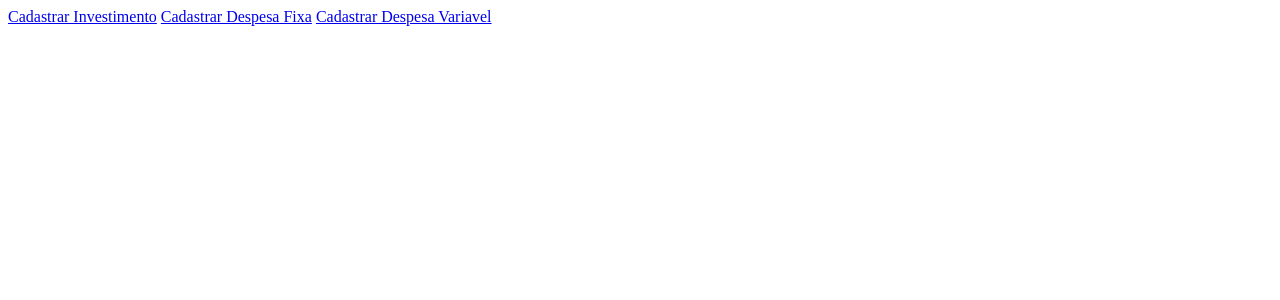
Repository: hiroshinuts/FH-BRQ-PROJETO
Page: http://localhost/FinancialHealth/indexlogado.jsp
These files come from the project's save history. The page is drawn as it stood at one moment and after the next save; the edit follows.
The browser window is 1280 px wide. The pictures show the whole page.
The page is served by Tomcat 9. Other server files are loaded and not shown.

Above is the page before, as saved 2016-06-04 21:52:12.

### FinancialHealth/WebContent/indexlogado.jsp
<%@ page language="java" contentType="text/html; charset=ISO-8859-1"
    pageEncoding="ISO-8859-1"%>
<!DOCTYPE html PUBLIC "-//W3C//DTD HTML 4.01 Transitional//EN" "http://www.w3.org/TR/html4/loose.dtd">
<html>
<head>
<meta http-equiv="Content-Type" content="text/html; charset=ISO-8859-1">
<title>Insert title here</title>
</head>
<body>

		<a href="#" data-target="#janelainvestimento" data=toggle="modal">Cadastrar Investimento</a>
		<a href="#" data-target="#janeladespesafixa" data=toggle="modal">Cadastrar Despesa Fixa</a>
		<a href="#" data-target="#janeladespesavariavel" data=toggle="modal">Cadastrar Despesa Variavel</a>

</body>
</html>

After the next save:
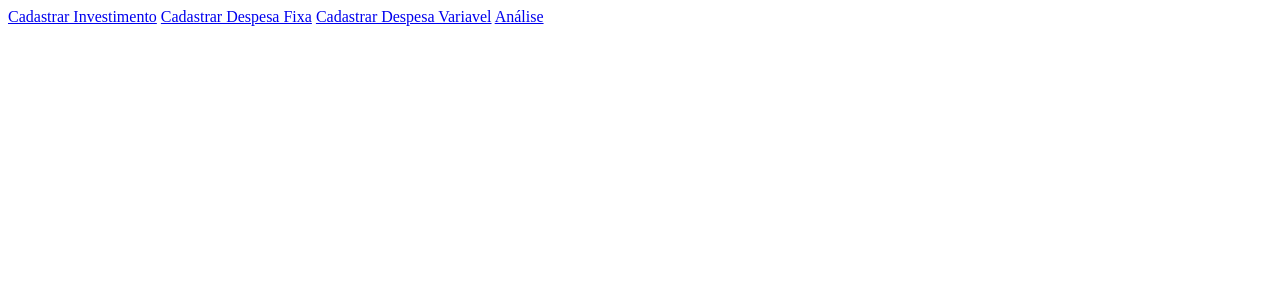
Saved 40 s later.
--- a/FinancialHealth/WebContent/indexlogado.jsp
+++ b/FinancialHealth/WebContent/indexlogado.jsp
@@ -11,6 +11,7 @@
 		<a href="#" data-target="#janelainvestimento" data=toggle="modal">Cadastrar Investimento</a>
 		<a href="#" data-target="#janeladespesafixa" data=toggle="modal">Cadastrar Despesa Fixa</a>
 		<a href="#" data-target="#janeladespesavariavel" data=toggle="modal">Cadastrar Despesa Variavel</a>
+		<a href="analise.jsp" >Análise</a>
 
 </body>
 </html>
